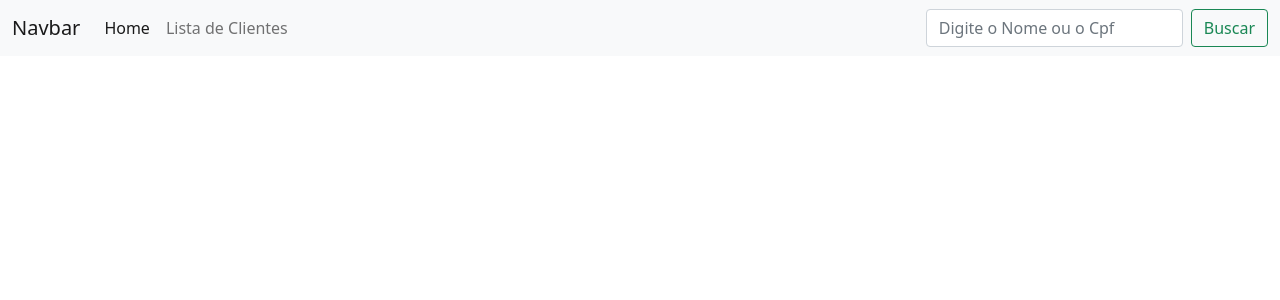
Repository: williammatosdev/agencia_de_Viagem_Java
Page: javacrud/src/main/webapp/index.html
These files come from the project's save history. The page is drawn as it stood at one moment and after the next save; the edit follows.
The browser window is 1280 px wide. The pictures show the whole page.

Above is the page before, as saved 2022-02-06 16:21:00.

After the next save:
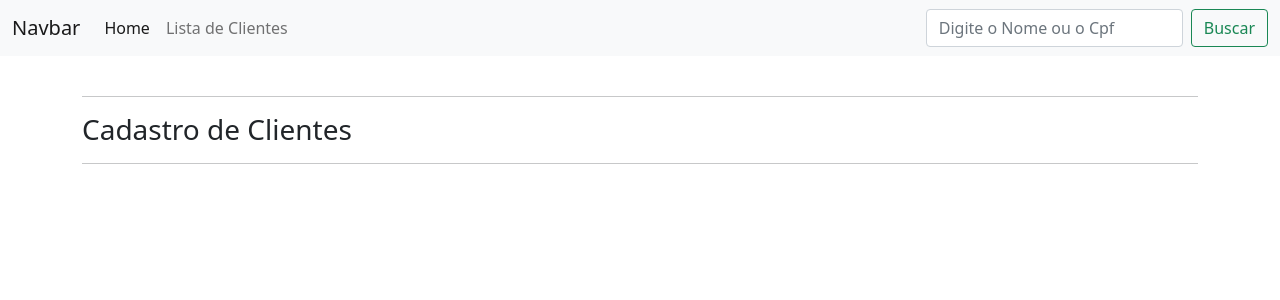
Saved 9 min 58 s later.
--- a/javacrud/src/main/webapp/index.html
+++ b/javacrud/src/main/webapp/index.html
@@ -29,7 +29,16 @@
     </div>
   </div>
 </nav>
-
+<br>
+<div class="container">
+   <div class="row">
+   <div class="cold-md-7">
+   <hr>
+   <h3>Cadastro de Clientes</h3>
+   <hr>
+   </div>
+   </div>
+</div>
 <!-- JavaScript Bundle with Popper -->
 <script src="https://cdn.jsdelivr.net/npm/bootstrap@5.1.3/dist/js/bootstrap.bundle.min.js" integrity="sha384-ka7Sk0Gln4gmtz2MlQnikT1wXgYsOg+OMhuP+IlRH9sENBO0LRn5q+8nbTov4+1p" crossorigin="anonymous"></script>
 </body>
